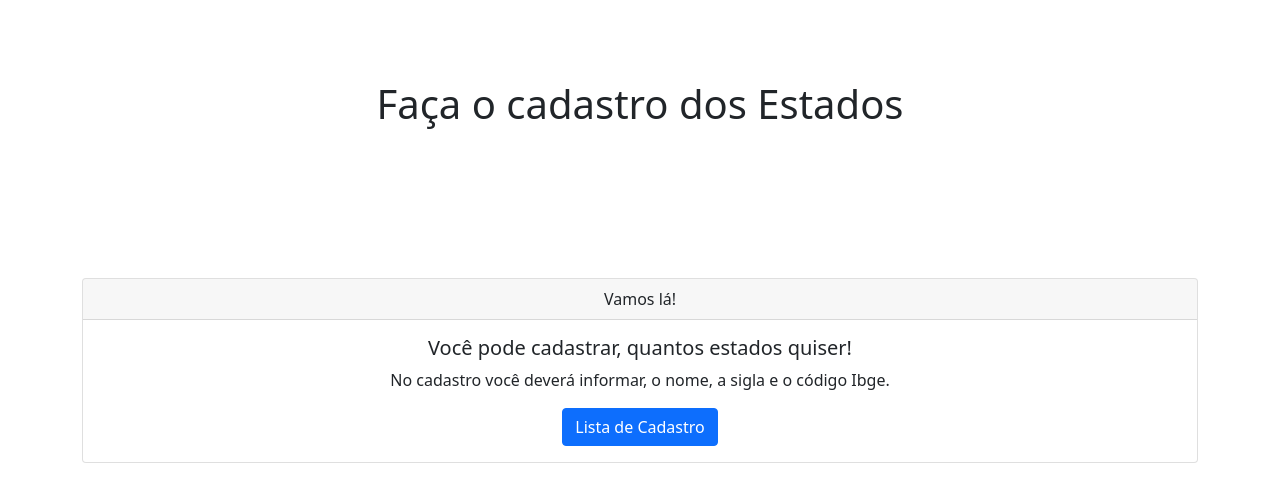
Repository: danielandradedasilva/ProjetoWebJava
Page: http://localhost/projetoweb/
An editor plug-in stored every save of this project. The page is shown before and after the next save, followed by the edit.
The browser window is 1280 px wide. The pictures show the whole page.
The page is served by Tomcat 9. Other server files are loaded and not shown.

Above is the page before, as saved 2021-05-10 02:00:29.

### projetoweb/src/main/webapp/index.jsp
<%@taglib prefix="c" uri="http://java.sun.com/jsp/jstl/core"%>
<%@taglib prefix="fmt" uri="http://java.sun.com/jsp/jstl/fmt"%>
<%@taglib uri="http://www.springframework.org/tags/form" prefix="form"%>


<%@ page language="java" contentType="text/html; charset=ISO-8859-1"
    pageEncoding="ISO-8859-1"%>
<!DOCTYPE html>
<html>
<head>
<meta charset="ISO-8859-1">
<title>Projeto Web</title>
<link href="https://cdn.jsdelivr.net/npm/bootstrap@5.0.0/dist/css/bootstrap.min.css" rel="stylesheet" integrity="sha384-wEmeIV1mKuiNpC+IOBjI7aAzPcEZeedi5yW5f2yOq55WWLwNGmvvx4Um1vskeMj0" crossorigin="anonymous">
<style type="text/css">
	.card{
		margin-top: 150px;
	}
	h1{
		margin-top: 80px;
	}
	body{
	 background-color: ;
	}
</style>
</head>
<body>

	<div class="container">
		<h1 align="center">Faça o cadastro dos Estados</h1>

		<div class="card text-center">
			<div class="card-header">
			   Vamos lá!
			</div>
		 <div class="card-body">
		    <h5 class="card-title"> Você pode cadastrar, quantos estados quiser!</h5>
		    <p class="card-text">No cadastro você deverá informar, o nome, a sigla e o código Ibge.</p>
		    <a href="#" class="btn btn-primary">Lista de Cadastro</a>
		 </div>
	</div>

		<div class="row">
			<div class="col"></div>
		</div>

	</div>

</body>
</html>

After the next save:
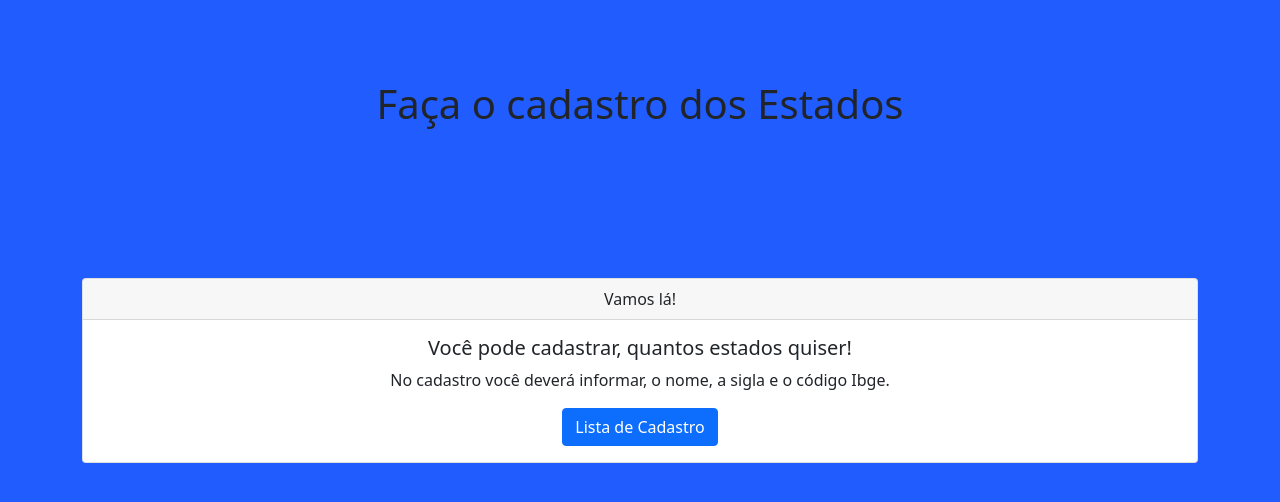
Saved 53 s later.
--- a/projetoweb/src/main/webapp/index.jsp
+++ b/projetoweb/src/main/webapp/index.jsp
@@ -19,7 +19,7 @@
 		margin-top: 80px;
 	}
 	body{
-	 background-color: ;
+	 background-color: #215CFF;
 	}
 </style>
 </head>
